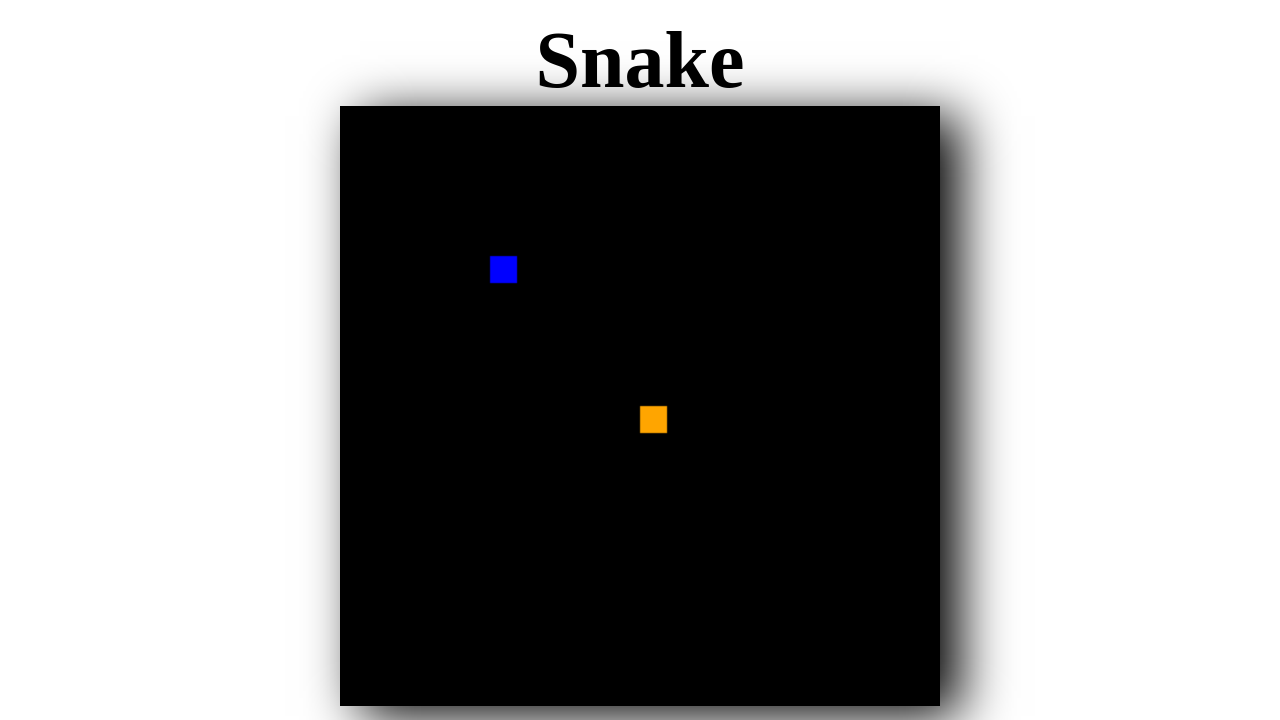
Repository: Ellisvelandia/snake
Page: index.html
These files come from the project's save history. The page is drawn as it stood at one moment and after the next save; the edit follows.
The browser window is 1280 px wide. The pictures show the whole page.

Above is the page before, as saved 2022-08-27 19:04:48.

After the next save:
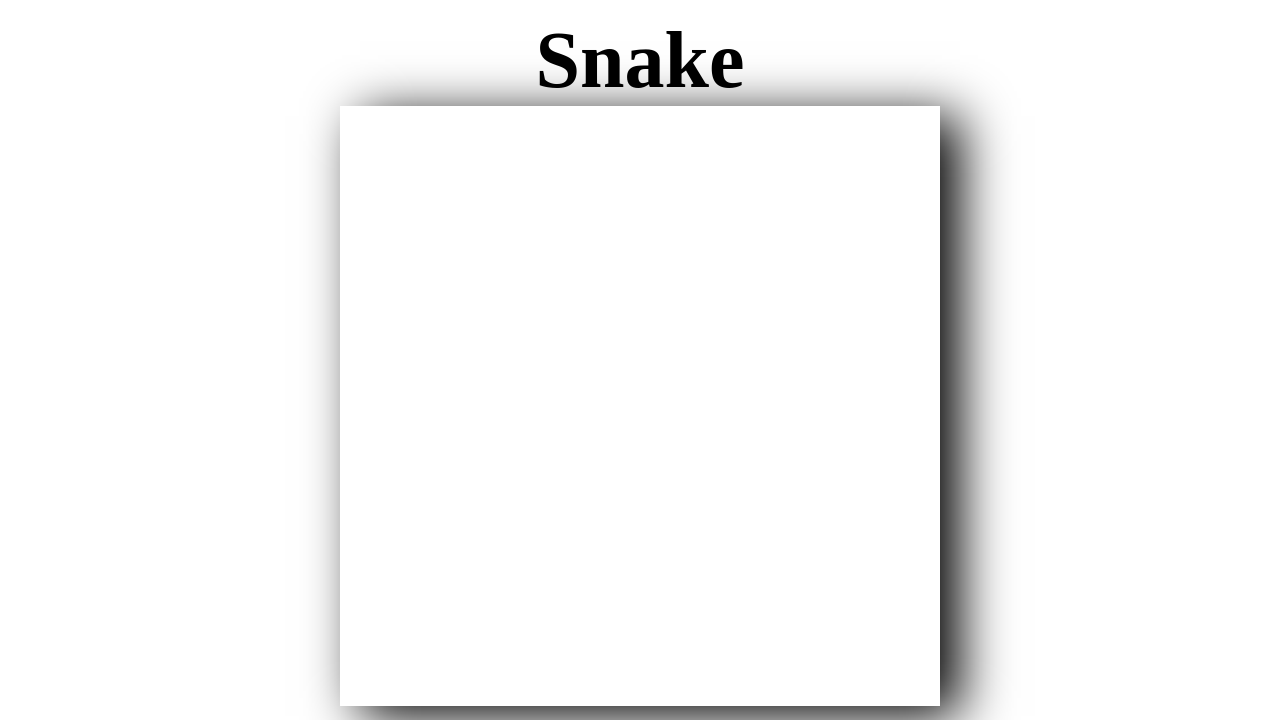
Console error: SyntaxError: Unexpected token '}'
Saved 6 s later.
--- a/index.js
+++ b/index.js
@@ -3,7 +3,8 @@
 
 class SnakePart{
   constructor(x, y) {
-    this.x
+    this.x = x;
+    this.
   }
 }
 

After the 2 saves that followed:
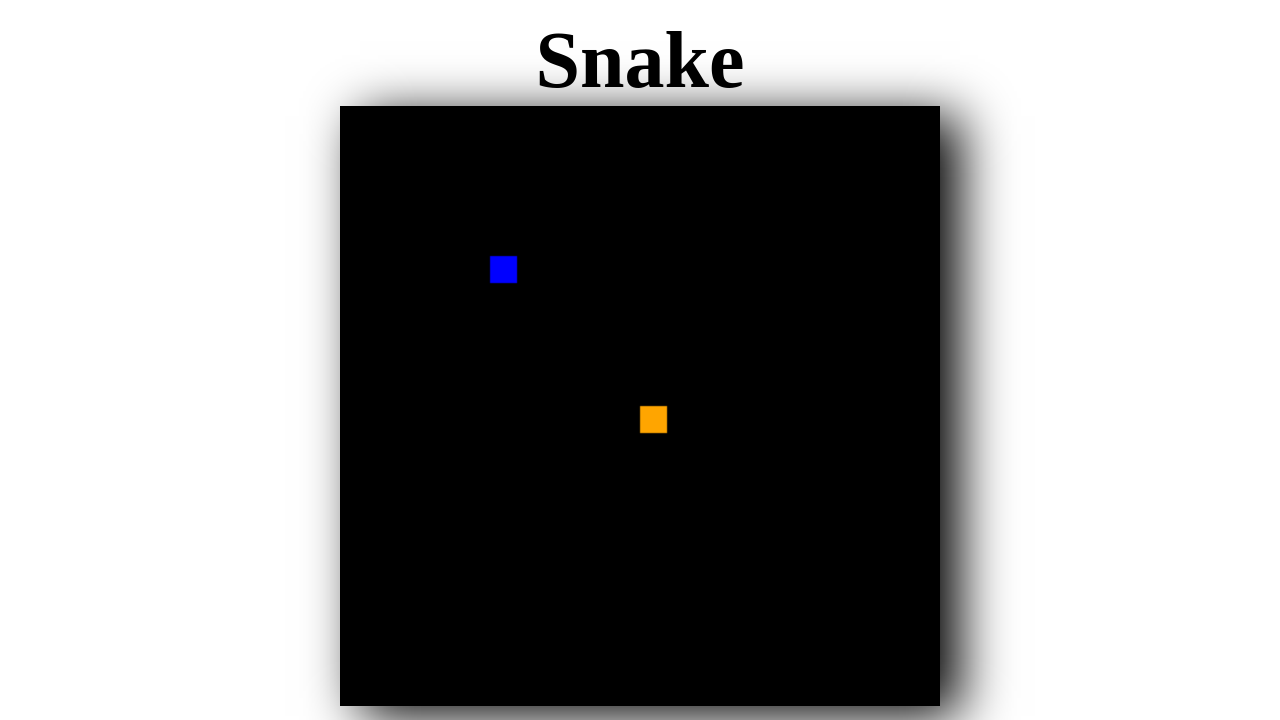
The error is gone.
The 2 saves are shown as one change because they came seconds apart.
The last was saved 5 s later.
--- a/index.js
+++ b/index.js
@@ -4,7 +4,7 @@
 class SnakePart{
   constructor(x, y) {
     this.x = x;
-    this.
+    this.y = y;
   }
 }
 
